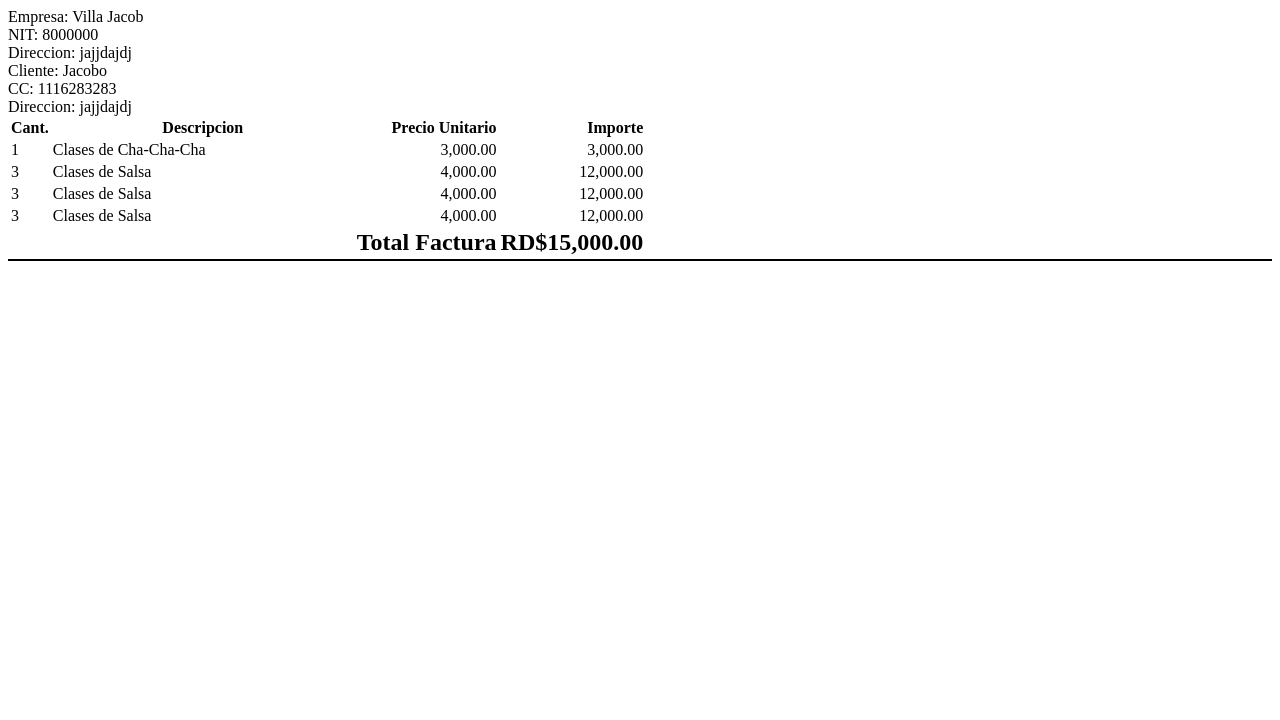
Repository: MrVanQish/FacturaEstructura
Page: index.html
These files come from the project's save history. The page is drawn as it stood at one moment and after the next save; the edit follows.
The browser window is 1280 px wide. The pictures show the whole page.

Above is the page before, as saved 2021-09-29 10:26:05.

### index.html
<!DOCTYPE html>
<html lang="en">
<head>
    <meta charset="UTF-8">
    <meta http-equiv="X-UA-Compatible" content="IE=edge">
    <meta name="viewport" content="width=device-width, initial-scale=1.0">
    <title>Document</title>
    <link rel="stylesheet" href="styles.css">
</head>
<body>

    <div class="wrapper">

        <div class="factura1">
                <div class="infoEmpresa-f">
                    Empresa: Villa Jacob
                    <br>
                    NIT: 8000000
                    <br>
                    Direccion: jajjdajdj
                </div>
                <div class="infoCliente-f">
                    Cliente: Jacobo
                    <br>
                    CC: 1116283283
                    <br>
                    Direccion: jajjdajdj
                </div>


                    <div class="items-f row my-5">
                        <table class="table table-borderless factura">
                          <thead>
                            <tr>
                              <th>Cant.</th>
                              <th>Descripcion</th>
                              <th>Precio Unitario</th>
                              <th>Importe</th>
                            </tr>
                          </thead>
                          <tbody>
                            <tr>
                              <td>1</td>
                              <td>Clases de Cha-Cha-Cha</td>
                              <td>3,000.00</td>
                              <td>3,000.00</td>
                            </tr>
                            <tr>
                              <td>3</td>
                              <td>Clases de Salsa</td>
                              <td>4,000.00</td>
                              <td>12,000.00</td>
                            </tr>
                            <tr>
                              <td>3</td>
                              <td>Clases de Salsa</td>
                              <td>4,000.00</td>
                              <td>12,000.00</td>
                            </tr>
                            <tr>
                              <td>3</td>
                              <td>Clases de Salsa</td>
                              <td>4,000.00</td>
                              <td>12,000.00</td>
                            </tr>
                          </tbody>
                          <tfoot>
                            <tr>
                              <th></th>
                              <th></th>
                              <th>Total Factura</th>
                              <th>RD$15,000.00</th>
                            </tr>
                          </tfoot>
                        </table>
                        <div class="cond row"></div>
                      </div>

        </div>

    </div>









    </div>

</body>
</html>

### styles.css
@page {
    size: A4 landscape;
}

.factura {
  table-layout: fixed;
}

.fact-info > div > h5 {
  font-weight: bold;
}

.factura > thead {
  border-top: solid 3px #000;
  border-bottom: 3px solid #000;
}

.factura > thead > tr > th:nth-child(2), .factura > tbod > tr > td:nth-child(2) {
  width: 300px;
}

.factura > thead > tr > th:nth-child(n+3) {
  text-align: right;
}

.factura > tbody > tr > td:nth-child(n+3) {
  text-align: right;
}

.factura > tfoot > tr > th, .factura > tfoot > tr > th:nth-child(n+3) {
  font-size: 24px;
  text-align: right;
}

.cond {
  border-top: solid 2px #000;
}

/*
.wrapper {
    height: 97vh;
    border: 1px solid #000;
    display: grid;
    grid-template-columns: 1fr 1fr;
    grid-template-rows: 500px;
    grid-template-areas:
      "f1 f2";
  }

  .factura1 {

    display: grid;
    grid-area: f1;
    align-self: center;
    justify-self: center;
    border: 1px solid #000;
    grid-template-columns: 1fr 1fr;
    grid-template-rows: 1fr;
    grid-template-areas:
      "infoEmpresa-f infoCliente-f c items-f"
  }


.infoEmpresa-f{

    grid-area: infoEmpresa-f;
    border: 1px solid #000;
    align-self: center;
    justify-self: center;

}

.infoCliente-f{
    grid-area: infoCliente-f;
    border: 1px solid #000;
    align-self: center;
    justify-self: center;
}

.items-f{
    grid-area: items-f;
    border: 1px solid #000;
    align-self: center;
    justify-self: center;
} */

After the next save:
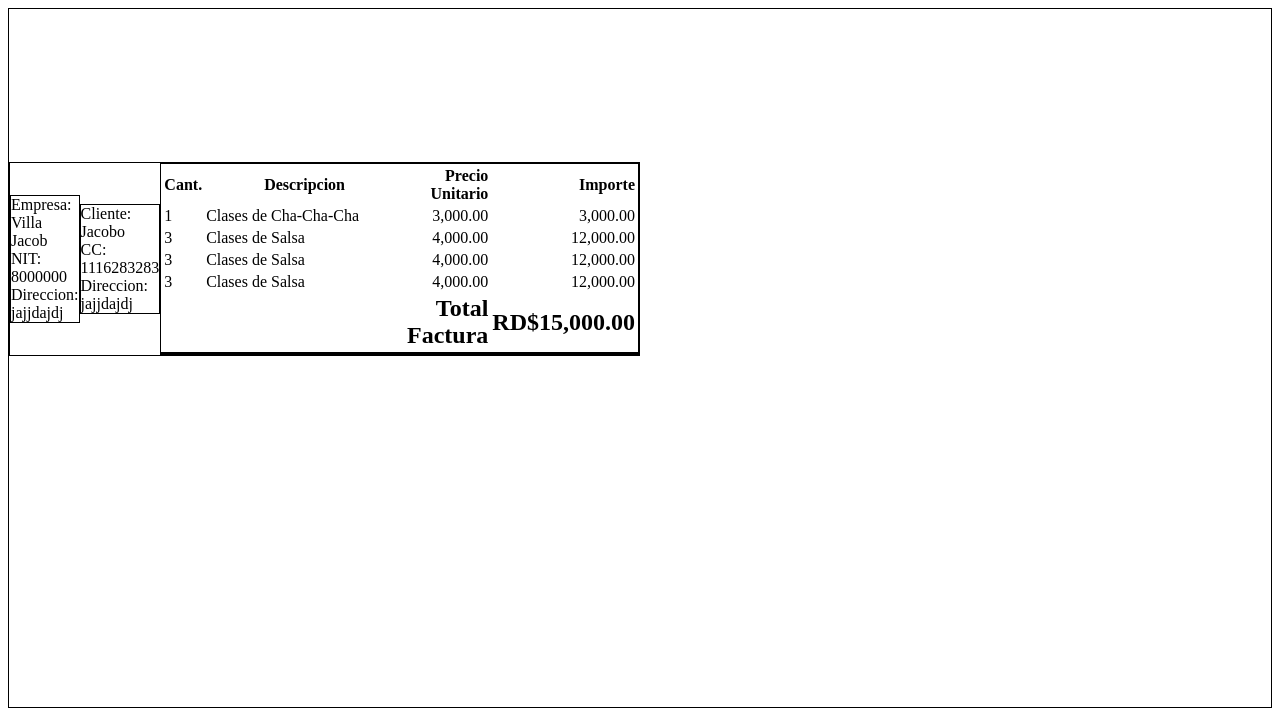
Saved 10 s later.
--- a/styles.css
+++ b/styles.css
@@ -36,7 +36,7 @@
   border-top: solid 2px #000;
 }
 
-/*
+
 .wrapper {
     height: 97vh;
     border: 1px solid #000;
@@ -82,4 +82,4 @@
     border: 1px solid #000;
     align-self: center;
     justify-self: center;
-} */
+}
